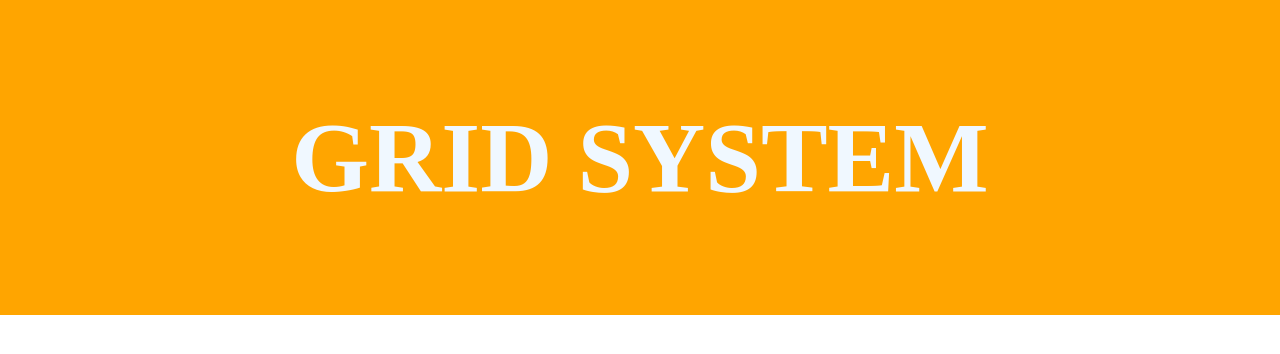
Repository: Nguyenquangduy22/Reponsive
Page: index.html
These files come from the project's save history. The page is drawn as it stood at one moment and after the next save; the edit follows.
The browser window is 1280 px wide. The pictures show the whole page.

Above is the page before, as saved 2022-07-24 16:39:10.

After the next save:
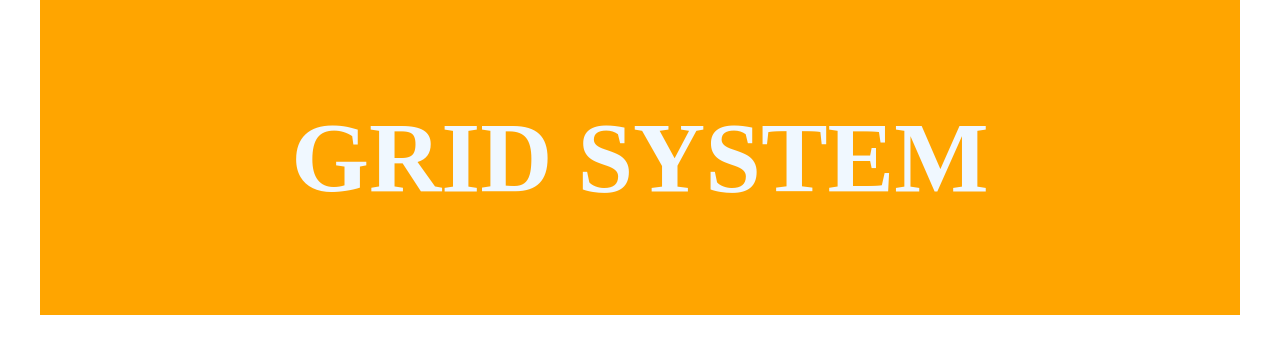
Saved 31 s later.
--- a/index.html
+++ b/index.html
@@ -24,7 +24,7 @@
     </style>
 </head>
 <body>
-    <div class="grid container">
+    <div class="grid wide container">
         <h1>GRID SYSTEM</h1>
     </div>
 </body>
